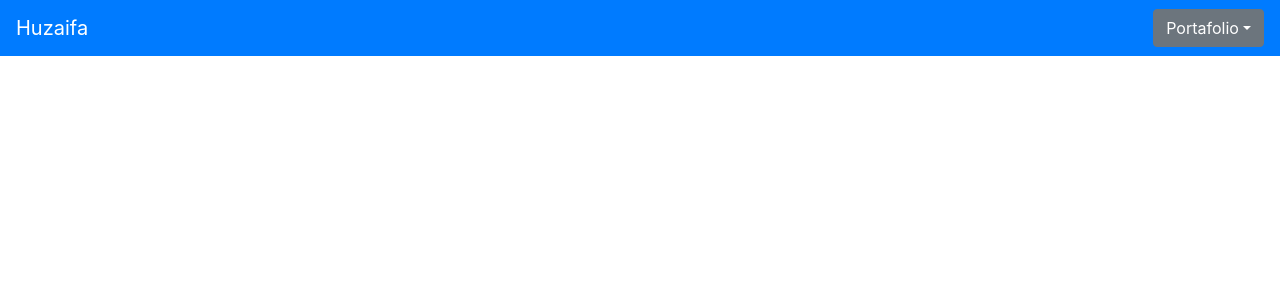
Repository: Huzaifa-2609/Frontend-website-React-JS
Page: /
These files come from the project's save history. The page is drawn as it stood at one moment and after a run of saves; the edit follows.
The browser window is 1280 px wide. The pictures show the whole page.
The project was rebuilt for these pictures with package versions that can differ from the ones it lists, and the page was loaded fresh each time. Also part of the build but not shown: src/App.css.

Above is the page before, as saved 2022-09-01 22:57:21.

After the next 4 saves:
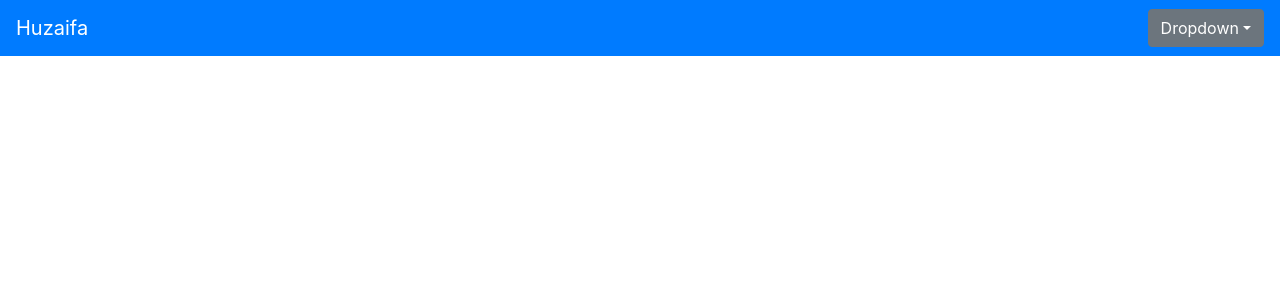
The 4 saves are shown as one change because 3 did not build or start.
The last was saved 17 min 1 s later.
--- a/src/App.js
+++ b/src/App.js
@@ -1,25 +1,35 @@
 import React, { Component } from 'react';
 import logo from './logo.svg';
 import './App.css';
-import {ButtonDropdown, Dropdown, DropdownItem, DropdownToggle, Navbar,NavbarBrand} from "reactstrap"
+import {ButtonDropdown, Dropdown, DropdownItem, DropdownMenu, DropdownToggle, Navbar,NavbarBrand} from "reactstrap"
 
 
 class App extends Component {
   render() {
+
+      // const [dropdownOpen, setDropdownOpen] = this.state(false);
+      this.state={
+        dropdownOpen:false
+      }
+
+      const toggle = () => this.setState({dropdownOpen:!this.state.dropdownOpen})
     return (
       <div>
         <Navbar dark color="primary">
         <NavbarBrand href="/">Huzaifa</NavbarBrand>
-        <ButtonDropdown>
-        <DropdownToggle caret>
-           Portafolio
-        </DropdownToggle>
-        <Dropdown className='dropdown-menu'>
-          <DropdownItem>Safia</DropdownItem>
-          <DropdownItem>Safia</DropdownItem>
-          <DropdownItem>Safia</DropdownItem>
-        </Dropdown>
-        </ButtonDropdown>
+        <Dropdown isOpen={this.state.dropdownOpen} toggle={toggle}>
+        <DropdownToggle caret>Dropdown</DropdownToggle>
+        <DropdownMenu>
+          <DropdownItem header>Header</DropdownItem>
+          <DropdownItem>Some Action</DropdownItem>
+          <DropdownItem text>Dropdown Item Text</DropdownItem>
+          <DropdownItem disabled>Action (disabled)</DropdownItem>
+          <DropdownItem divider />
+          <DropdownItem>Foo Action</DropdownItem>
+          <DropdownItem>Bar Action</DropdownItem>
+          <DropdownItem>Quo Action</DropdownItem>
+        </DropdownMenu>
+      </Dropdown>
         </Navbar>
       </div>
     );
